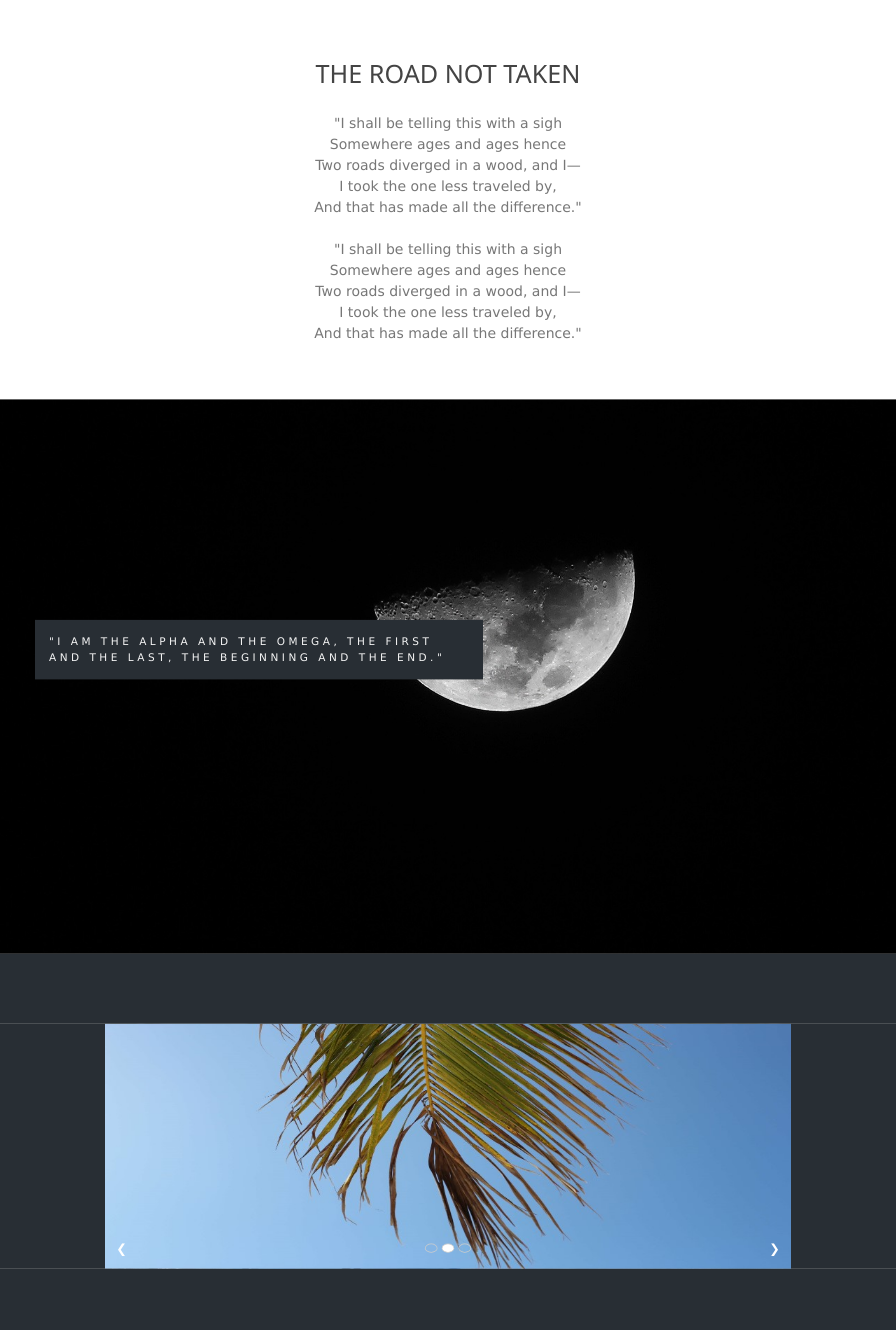
Repository: Jasondhillon/jasondhillon.github.io
Page: index.html
The author's editor kept a copy of each file at every save. The page is drawn from the files as they stood at one save, then again after the next save.
The browser window is 1280 px wide. The pictures show the part of the page from y = 792 to 2692 px (the page is 3766 px tall), at 70% of full size.
Backgrounds fixed to the window are drawn as part of the page.

Above is the page before, as saved 2020-04-07 17:13:16.

### index.html
<!DOCTYPE html>
<html>
<head>
  <title>Welcome</title>
  <meta name="viewport" content="width=device-width, initial-scale=1">
  <meta name="robots" content="noindex, nofollow">
  <style>
    /*Above the fold*/
      html, body{width:100%; height: 100%; font-family: 'Ubuntu', sans-serif; color: whitesmoke;}

      .parallax{
      height:110%;
      background-attachment: fixed;
      background-position: center;
      background-repeat: no-repeat;
      background-size: cover;
      z-index: -5;
      }

      .topnav {
      position: absolute;
      overflow: hidden;
      }

      .topnav a {
      float: left;
      display: block;
      color: white;
      text-align: center;
      padding: 22px 21px;
      text-decoration: none;
      text-shadow: 0px 0px 10px black;
      font-size: 20px;
      }


      .topnav a:hover {
      background-color: #ddd;
      color: black;
      text-shadow: none;
      }

      .topnav .icon {
      display: none;
      color: white;
      }

      #welcome{
      text-align: center;
      position: absolute;
      left:0;
      width:100%;
      top:40%;
    }

    /*Mobile Media Query*/
      @media screen and (max-width:770px){
        html{overflow-x: hidden}
        /*Change Parallax to use smaller images*/
        .parallax{background-attachment: scroll;}
        #parallax1{background-image: url(../img/mosaic_small.jpg) !important;}
        #parallax2{background-image: url(../img/moon4_small2.jpg) !important; }
        #parallax3{background-image: url(../img/blur_small.jpg) !important;}

        /*Change Navbar to become hamburger menu*/
        .topnav a:not(:last-child) {
            display: none;
        }

        .topnav{
            min-height:100px;
            position: relative;
        }
        .topnav a.icon {
            position: absolute;
            right: 0;
            display: block;

        }
        .topnav.responsive {
            position: relative;
        }
        .topnav.responsive .icon {
            position: absolute;
            right: 0;
            top: 0;
        }
        .topnav.responsive a {
            float: none;
            display: block;
            text-align: left;
        }
      }
  </style>
  <!-- Async Script -->
    <noscript id="deferred-styles">
      <link rel="stylesheet" type="text/css" href="css/stylesheet.css"/>
      <link rel="stylesheet" href="https://www.w3schools.com/w3css/4/w3.css">
      <link rel="stylesheet" href="https://fonts.googleapis.com/css?family=Lato">
    </noscript>
    <script>
      var loadDeferredStyles = function() {
        var addStylesNode = document.getElementById("deferred-styles");
        var replacement = document.createElement("div");
        replacement.innerHTML = addStylesNode.textContent;
        document.body.appendChild(replacement)
        addStylesNode.parentElement.removeChild(addStylesNode);
      };
      var raf = requestAnimationFrame || mozRequestAnimationFrame ||
          webkitRequestAnimationFrame || msRequestAnimationFrame;
      if (raf) raf(function() { window.setTimeout(loadDeferredStyles, 0); });
      else window.addEventListener('load', loadDeferredStyles);
    </script>

</head>

<body>
<!-- Parallax/Navbar -->
  <div id="parallax1" class="parallax" style=" z-index: 1; height:110%; background-image: url(img/mosaic.JPG);" >
    <!--p style="color:white; height:110%; z-index: -599; position: absolute;"> loading </p-->

    <nav class="topnav" id="myTopnav">
      <a href="">Home</a>
      <a href="photos/index.html">Photos</a>
      <a href="about/index.html">About</a>
      <a href="contact/index.html">Contact</a>
      <a href="alt/index.html">Alt Site</a>
      <a href="javascript:void(0);" style="font-size:25px;" class="icon" onclick="myFunction();">&#9776;</a>
  </nav>

      <script>
          function myFunction()
          {
            var temp;
            var temp2;
            clearInterval(temp);
            clearInterval(temp2);

            var x = document.getElementById("myTopnav");
            var y = document.getElementById("welcometext");

            if (x.className === "topnav")
            {
              x.className += " responsive";

              y.style.opacity = 1;
              var temp = setInterval(function()
              {
                if(y.style.opacity<= 0)
                {
                  y.style.opacity = 0;
                  clearInterval(temp);

                }
                else
                {
                  y.style.opacity-=.1;
                  console.log("subtracting");
                }
              }, 10);

            }
            else
            {
              x.className = "topnav";
              y.style.opacity = 0;
                var temp2 = setInterval(function()
                {
                  if(y.style.opacity>= 1)
                  {
                    y.style.opacity = 1;
                    clearInterval(temp2);

                  }
                  else
                  {
                    y.style.opacity = parseFloat(y.style.opacity) + .05;
                    console.log("adding");
                  }
                }, 10);

            }
          }
      </script>

    <div id="welcome">
      <p id="welcometext">welcome</p>

      <script>
      var x = document.getElementById("welcometext");
      var y = new Date().getHours();
       if(y<12) x.innerHTML = "Good Morning";
       else if(y==12) x.innerHTML = "Welcome";
       else x.innerHTML = "Good Afternoon";
      </script>
    </div>

  </div>

<!-- Quote  -->
  <div style="background-color: white; padding: 80px 50px; line-height: 30px;">
    <h1 style="text-align: center; color: #444; text-transform: uppercase;">The Road Not Taken</h1>
    <p id="quote" style="text-align: center; width:40%; white-space:pre-line; margin: 0 auto; font-size: 20px; color: #777">
      "I shall be telling this with a sigh
      Somewhere ages and ages hence
      Two roads diverged in a wood, and I—
      I took the one less traveled by,
      And that has made all the difference."</p>

      <p id="quote" style="text-align: center; width:40%; white-space:pre-line; margin: 0 auto; font-size: 20px; color: #777">
        "I shall be telling this with a sigh
        Somewhere ages and ages hence
        Two roads diverged in a wood, and I—
        I took the one less traveled by,
        And that has made all the difference."</p>

  </div>

<!-- Parallax/Moon -->
  <div id="parallax2" class="parallax" style="background-image: url(img/moon4.JPG);">
    <div style="position: relative; left:50px; top:100px; width:50%;">
      <p id="moontext">
        "I am the Alpha and the Omega,
          the First and the Last,
            the Beginning and the End."</p>
      </div>
  </div>

<!-- Slide Show -->
  <div style="background-color: #282E34; height: 100px;"></div>
  <div style="background-color: #282E34;">
    <div class="w3-content w3-display-container" style="height:350px; overflow:hidden">
      <img class="mySlides" src="img/IMG_0911.JPG" style="z-Index:3">
      <img class="mySlides" src="img/IMG_0810.JPG" style="z-Index:2">
      <img class="mySlides" src="img/IMG_1858.JPG" style="z-Index:1">

    <!-- Slide Show Buttons -->
      <div class="w3-center w3-container w3-section w3-large w3-text-white w3-display-bottommiddle" style="width:100%; z-index:4;">
        <div class="w3-left w3-hover-text-khaki" onclick="plusDivs(-1)">&#10094;</div>
        <div class="w3-right w3-hover-text-khaki" onclick="plusDivs(1)">&#10095;</div>
        <span class="w3-badge demo w3-border w3-transparent w3-hover-white" onclick="currentDiv(1)"></span>
        <span class="w3-badge demo w3-border w3-transparent w3-hover-white" onclick="currentDiv(2)"></span>
        <span class="w3-badge demo w3-border w3-transparent w3-hover-white" onclick="currentDiv(3)"></span>
      </div>

      <!--Slide Show Script -->
        <script>
          var slideIndex = 0;
          var j = null;
          document.getElementsByClassName("demo")[slideIndex].className += " w3-white";
          var looper = setInterval(function(){if(j==null){showNextDivs(1+slideIndex);}}, 5000);

          function plusDivs(n) {
            if(looper!== null){
              clearInterval(looper);
              looper = null;
            }

            if(j==null){
            showNextDivs(n+slideIndex);
            }
          }
          function currentDiv(n) {
            if(looper!== null){
              clearInterval(looper);
              looper = null;
            }

            if(j==null){
              showDivs(n);
            }
          }
          //////////////////////////////////////////////////////
          function showDivs(n) {
            var prev = slideIndex;
            var next = n-1;
            var x = document.getElementsByClassName("mySlides");
            var dots = document.getElementsByClassName("demo");

            x[prev].style.zIndex = 3;

            x[next].style.zIndex = 2;

            for(var i = 0; i<x.length; i++){
              if((i!== prev) && (i!==next)){
                x[i].style.zIndex = 1;
              }

            }
              var opc = 1;
              j = setInterval(function(){
                  if (opc <= 0) {
                    x[next].style.zIndex = 3;
                    x[prev].style.zIndex = 2;
                    x[prev].style.opacity = 1;
                      clearInterval(j);
                      j=null;
                  } else {
                      opc-=.01;

                      x[prev].style.opacity = opc;
                  }
              }, 10);

              slideIndex = next;

            for (i = 0; i < dots.length; i++) {
              dots[i].className = dots[i].className.replace(" w3-white", "");
            }

            dots[next].className += " w3-white";
            x[prev].style.opacity = 1;
          }
          ////////////////////////////////////////////////////
          function showNextDivs(n) {
            var x = document.getElementsByClassName("mySlides");
            var dots = document.getElementsByClassName("demo");

            var prev = slideIndex;
            var next = n;
            if (n == -1) {next = 2}
            if (n == 3) {next = 0}
            var x = document.getElementsByClassName("mySlides");
            var dots = document.getElementsByClassName("demo");

            x[prev].style.zIndex = 3;

            x[next].style.zIndex = 2;

            for(var i = 0; i<x.length; i++){
              if((i!== prev) && (i!==next)){
                x[i].style.zIndex = 1;
              }

            }
              var opc = 1;
              j = setInterval(function(){
                  if (opc <= 0) {
                    x[next].style.zIndex = 3;
                    x[prev].style.zIndex = 2;
                    x[prev].style.opacity = 1;
                      clearInterval(j);
                      j=null;
                  } else {
                      opc-=.01;

                      x[prev].style.opacity = opc;
                  }
              }, 10);

              slideIndex = next;

            for (i = 0; i < dots.length; i++) {
              dots[i].className = dots[i].className.replace(" w3-white", "");
            }

            dots[next].className += " w3-white";
            x[prev].style.opacity = 1;

            console.log("Previous: " + prev + "\nslideIndex: " + slideIndex)
          }
        </script>

      </div>
    </div>
  </div>
  <div style="background-color: #282E34; height: 100px;"></div>


<!-- Skype Bot -->
  <span class="skype-button bubble " data-bot-id="2c2a7e41-040a-4fcd-b10a-2480ac3c488e"></span>
  <script src="https://swc.cdn.skype.com/sdk/v1/sdk.min.js"></script>

  <!-- Parallax -->
  <div id="parallax3" class="parallax" style="background-image: url(img/blur.JPG);">
  </div>

  <!-- Footer -->
  <footer class="footer">
    <table class="footer" cellspacing="0" cellpadding="0">

      <tr>
        <td>
          <p class="footer">SOCIAL</p>
          <ul class="footer">
            <li class="footer"><a  class="footer" href="https://www.facebook.com/"> <img src="img/facebook.svg" alt="" width="50px" height="50px"></li>
            <li class="footer"><a  class="footer" href="https://twitter.com/"> <img src="img/twitter.svg" alt="" width="50px" height="50px"></li>
            <li class="footer"><a class="footer" href="https://plus.google.com/+"> <img src="img/googleplus.svg" alt="" width="50px" height="50px"></li>
            <li class="footer"><a class="footer" href="https://www.instagram.com//"> <img src="img/instagram.svg" alt="" width="50px" height="50px"></li>
            <li class="footer"><a class="footer" href="https://www.youtube.com/"> <img src="img/youtube.svg" alt="" width="50px" height="50px"></li>
          </ul>
        </td>

        <!--Desktop-->
        <td id="desktop">
            <h4>You can contact me here</h4>
            <h4><img id="icon" src="img/location2.png">Orlando, FL</h4>
            <h4><img id="icon" src="img/phone2.png"><a style="color:dodgerblue" href="tel:">1-407-407-0000</h4></a></li>
            <h4><img id="icon" src="img/mail2.png"><a style="color:dodgerblue" href="mailto:">email@gmail.com</a></h4>
        </td>
      </tr>

      <!--Mobile-->
      <tr>
        <td id="mobile">
          <ul style="margin: 0 auto; width: 100%; padding: 20px;">
            <li class="footer" style="width:100%"><h4>You can contact me here</h4></li>
            <li class="footer" style="width:100%"><h4><img id="icon" src="img/location2.png">Orlando, FL</h4></li>
            <li class="footer" style="width:100%"><h4><img id="icon" src="img/phone2.png"><a style="color:dodgerblue" href="tel:">1-407-407-0000</h4></a></li>
            <li class="footer" style="width:100%"><h4><img id="icon" src="img/mail2.png"><a style="color:dodgerblue" href="mailto:">email@gmail.com</a></h4></li>
          </ul>
        </td>
      </tr>
    </table>

  </footer>

</body>
</html>

### css/stylesheet.css
html, body{width:100%; height: 100%; font-family: 'Ubuntu', sans-serif; color: whitesmoke;}
a{text-decoration: underline;}
.mySlides {display:block; position: absolute;}
.w3-left, .w3-right, .w3-badge {cursor:pointer}
.w3-badge {height:13px; width:13px; padding:0}

/*Parallax*/
    .parallax{
        height:110%;
        background-attachment: fixed;
        background-position: center;
        background-repeat: no-repeat;
        background-size: cover;
        z-index: -5;
    }

 /*Moon Text*/
    #moontext {
        position: absolute;
        top:200px;
        text-transform:uppercase;
        background-color:#282E34;
        width:100%;
        letter-spacing: 5px;
        padding: 20px;
    }


/*Navbar*/
    .topnav {
        position: absolute;
        overflow: hidden;
        }

        .topnav a {
        float: left;
        display: block;
        color: white;
        text-align: center;
        padding: 22px 21px;
        text-decoration: none;
        text-shadow: 0px 0px 10px black;
        font-size: 20px;
        }


        .topnav a:hover {
        background-color: #ddd;
        color: black;
        text-shadow: none;
        }

        .topnav .icon {
        display: none;
        color: white;
        }

        #welcome{
            text-align: center;
            position: absolute;
            left:0;
            width:100%;
            top:40%;
        }

	#welcometext{
	    opacity: 1;
	    position: absolute;
	    left: 0;
	    right: 0;
	    text-transform: uppercase;
	    background-color: #282E34;
	    width: 250px;
	    text-align: center;
	    font-size: 20px;
	    letter-spacing: 10px;
	    padding: 20px;
	    margin: 0 auto;
	}

/*Footer*/
    footer{
        width:100%;
        background-color: #111;
        text-align: center;
        padding-bottom: 50px;
    }

    p.footer{
        padding-top: 50px;
        color: white;
        font-weight: bold;
    }

    ul.footer{
        display: inline;
        list-style: none;
        padding-right: 50px;
    }
    a.footer{
        text-decoration: none;
    }
    #mobile{
        display: none;
    }
    li.footer{
	    display: inline-block;
    }
    #desktop{
        padding-right: 100px;
        padding-top:50px;
        float: right;
    }
    table.footer{
        width: 100%; table-layout: fixed
    }

/*SkypeBot iframe*/
iframe{
    background-color: #111 !important;
    width: inherit !important;
    height: 2em;
    margin: 0 !important;
}

/*Mobile Media Query*/
    @media screen and (max-width:770px){
    html{overflow-x: hidden}
    /*Change Parallax to use smaller images*/
    .parallax{background-attachment: scroll;}
    #parallax1{background-image: url(../img/mosaic_small.jpg) !important;}
    #parallax2{background-image: url(../img/moon4_small2.jpg) !important; }
    #parallax3{background-image: url(../img/blur_small.jpg) !important;}

    /*Change Navbar to become hamburger menu*/
    .topnav a:not(:last-child) {
        display: none;
    }

    .topnav{
        min-height:100px;
        position: relative;
    }
    .topnav a.icon {
        position: absolute;
        right: 0;
        display: block;

    }
    .topnav.responsive {
        position: relative;
    }
    .topnav.responsive .icon {
        position: absolute;
        right: 0;
        top: 0;
    }
    .topnav.responsive a {
        float: none;
        display: block;
        text-align: left;
    }

    /*Change the slide show to fit the screen*/
    .mySlides{
        margin-left:-150px;
    }

    /*Change footer to mobile friendly variant*/
    .footer{
        padding: 0;
    }
    ul.footer{
        padding-right:0px;
    }

    td.footer{
        padding-right:0;
    }

    #desktop{
        display:none;
    }
    #mobile{
        display:block;
    }

    table{
        width:100%;
    }

    /*Positioning fixes for mobile*/
    #moontext{
        font-size: 12px;
        top:30px;
    }

    #quote{
        width:100% !important;

    }
}
@media screen and(max-width: 1090px){
    #quote{
        width:100% !important;
    }
}

After the next save:
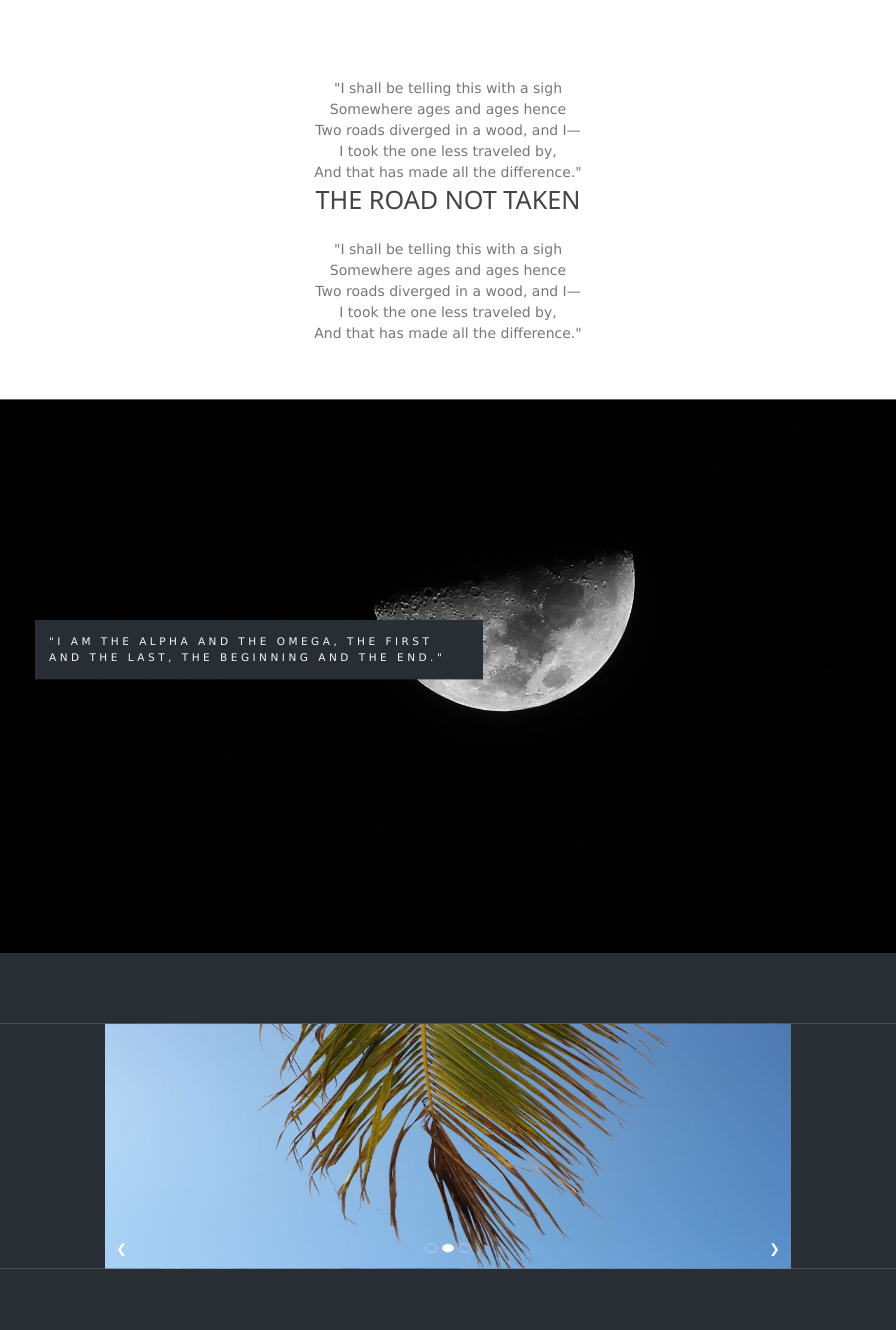
Saved 39 s later.
--- a/index.html
+++ b/index.html
@@ -199,6 +199,12 @@
 
 <!-- Quote  -->
   <div style="background-color: white; padding: 80px 50px; line-height: 30px;">
+    <p id="quote" style="text-align: center; width:40%; white-space:pre-line; margin: 0 auto; font-size: 20px; color: #777">
+      "I shall be telling this with a sigh
+      Somewhere ages and ages hence
+      Two roads diverged in a wood, and I—
+      I took the one less traveled by,
+      And that has made all the difference."</p>
     <h1 style="text-align: center; color: #444; text-transform: uppercase;">The Road Not Taken</h1>
     <p id="quote" style="text-align: center; width:40%; white-space:pre-line; margin: 0 auto; font-size: 20px; color: #777">
       "I shall be telling this with a sigh
@@ -206,14 +212,6 @@
       Two roads diverged in a wood, and I—
       I took the one less traveled by,
       And that has made all the difference."</p>
-
-      <p id="quote" style="text-align: center; width:40%; white-space:pre-line; margin: 0 auto; font-size: 20px; color: #777">
-        "I shall be telling this with a sigh
-        Somewhere ages and ages hence
-        Two roads diverged in a wood, and I—
-        I took the one less traveled by,
-        And that has made all the difference."</p>
-
   </div>
 
 <!-- Parallax/Moon -->
